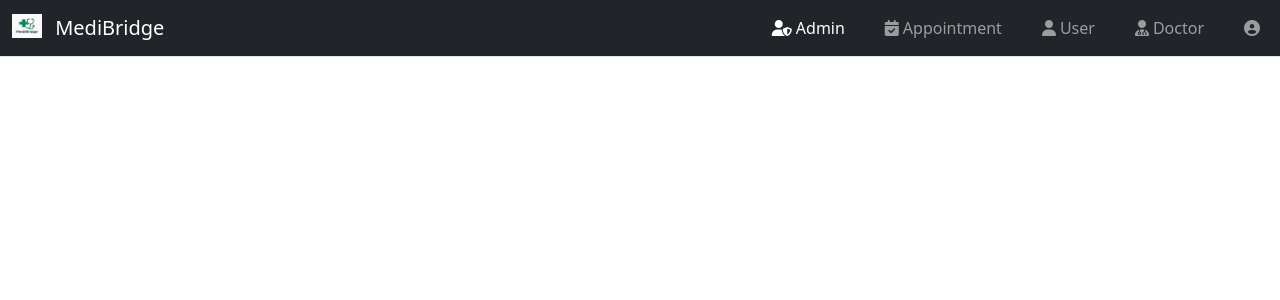
Repository: Abhinavan2004/MediBridge-hms
Page: http://localhost/Hospital_Management_System/User.jsp
The author's editor kept a copy of each file at every save. The page is drawn from the files as they stood at one save, then again after a run of saves.
The browser window is 1280 px wide. The pictures show the whole page.
The page is served by Tomcat 9. Other server files are loaded and not shown.

Above is the page before, as saved 2025-07-13 13:35:35.

### Hospital_Management_System/src/main/webapp/User.jsp
<%@ page language="java" contentType="text/html; charset=UTF-8"
    pageEncoding="UTF-8"%>
<!DOCTYPE html>
<html>
<head>
<meta charset="UTF-8">
<title>Insert title here</title>
</head>
<body>
<%@include file="components/navbar.jsp" %>
</body>
</html>

### Hospital_Management_System/src/main/webapp/components/navbar.jsp
<!DOCTYPE html>
<html lang="en">
<head>
<meta charset="UTF-8">
<meta name="viewport" content="width=device-width, initial-scale=1.0">
<title>Fixed Navbar</title>
<link href="https://cdn.jsdelivr.net/npm/bootstrap@5.3.0/dist/css/bootstrap.min.css" rel="stylesheet">
<!-- Font Awesome CDN -->
<link rel="stylesheet" href="https://cdnjs.cloudflare.com/ajax/libs/font-awesome/6.4.0/css/all.min.css">
</head>
<body>

<nav class="navbar navbar-expand-lg navbar-dark bg-dark border-bottom">
<div class="container-fluid">
<a class="navbar-brand" href="#">
<img src="assets/logo.png" alt="Logo" width="30" height="24" class="d-inline-block align-text-top me-2">
MediBridge
</a>

<!-- Navbar toggler for mobile -->
<button class="navbar-toggler" type="button" data-bs-toggle="collapse" data-bs-target="#navbarNavDropdown" aria-controls="navbarNavDropdown" aria-expanded="false" aria-label="Toggle navigation">
<span class="navbar-toggler-icon"></span>
</button>

<div class="collapse navbar-collapse" id="navbarNavDropdown">
<ul class="navbar-nav ms-auto">
<li class="nav-item me-4">
<a class="nav-link active" aria-current="page" href="Admin.jsp">
<i class="fa-solid fa-user-shield me-1"></i>Admin
</a>
</li>
<li class="nav-item me-4">
<a class="nav-link" href="components/">
<i class="fa-solid fa-calendar-check me-1"></i>Appointment
</a>
</li>
<li class="nav-item me-4">
<a class="nav-link" href="User.jsp">
<i class="fa-solid fa-user me-1"></i>User
</a>
</li>
<li class="nav-item me-4">
<a class="nav-link" href="Doctor.jsp">
<i class="fa-solid fa-user-doctor me-1"></i>Doctor
</a>
</li>
<li class="nav-item">
<a class="nav-link" href="#">
<i class="fa-solid fa-user-circle"></i>
</a>
</li>
</ul>
</div>
</div>
</nav>

<!-- Bootstrap JS -->
<script src="https://cdn.jsdelivr.net/npm/bootstrap@5.3.0/dist/js/bootstrap.bundle.min.js"></script>
</body>
</html>

### Hospital_Management_System/src/main/webapp/components/cdn-links.jsp
<!-- CDN Links File - Include this in your HTML files -->

<!-- Bootstrap CSS -->
<link href="https://cdn.jsdelivr.net/npm/bootstrap@5.3.0/dist/css/bootstrap.min.css" rel="stylesheet">

<!-- Tailwind CSS -->
<link href="https://cdn.jsdelivr.net/npm/tailwindcss@2.2.19/dist/tailwind.min.css" rel="stylesheet">

<!-- Font Awesome -->
<link rel="stylesheet" href="https://cdnjs.cloudflare.com/ajax/libs/font-awesome/6.4.0/css/all.min.css">

<!-- Bootstrap JS -->
<script src="https://cdn.jsdelivr.net/npm/bootstrap@5.3.0/dist/js/bootstrap.bundle.min.js"></script>

<!-- jQuery (optional, if needed) -->
<script src="https://cdnjs.cloudflare.com/ajax/libs/jquery/3.7.0/jquery.min.js"></script>

<!-- Popper.js (optional, if using Bootstrap tooltips/popovers separately) -->
<script src="https://cdnjs.cloudflare.com/ajax/libs/popper.js/2.11.8/umd/popper.min.js"></script>

After the next 2 saves:
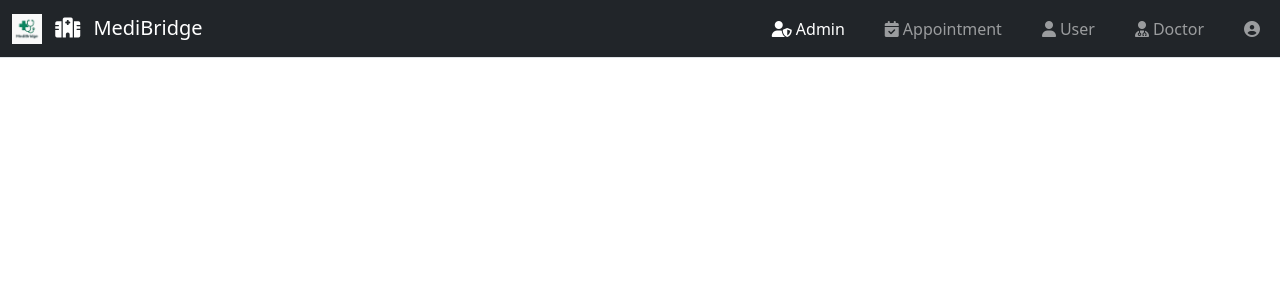
The 2 saves are shown as one change because 1 did not build or start.
The last was saved 2 min 31 s later.
--- a/Hospital_Management_System/src/main/webapp/components/navbar.jsp
+++ b/Hospital_Management_System/src/main/webapp/components/navbar.jsp
@@ -4,16 +4,17 @@
 <meta charset="UTF-8">
 <meta name="viewport" content="width=device-width, initial-scale=1.0">
 <title>Fixed Navbar</title>
-<link href="https://cdn.jsdelivr.net/npm/bootstrap@5.3.0/dist/css/bootstrap.min.css" rel="stylesheet">
-<!-- Font Awesome CDN -->
-<link rel="stylesheet" href="https://cdnjs.cloudflare.com/ajax/libs/font-awesome/6.4.0/css/all.min.css">
+<!-- Include CDN links from external file -->
+<%@ include file="cdn-links.jsp" %>
 </head>
 <body>
 
 <nav class="navbar navbar-expand-lg navbar-dark bg-dark border-bottom">
 <div class="container-fluid">
 <a class="navbar-brand" href="#">
-<img src="assets/logo.png" alt="Logo" width="30" height="24" class="d-inline-block align-text-top me-2">
+<img src="assets/logo.png" alt="Logo" width="30" height="24" class="d-inline-block align-text-top me-2"
+     onerror="this.style.display='none'">
+<i class="fa-solid fa-hospital me-2"></i>
 MediBridge
 </a>
 
@@ -54,7 +55,7 @@ MediBridge
 </div>
 </nav>
 
-<!-- Bootstrap JS -->
-<script src="https://cdn.jsdelivr.net/npm/bootstrap@5.3.0/dist/js/bootstrap.bundle.min.js"></script>
+<!-- Scripts are included in CDN file -->
 </body>
 </html>
+</html>
